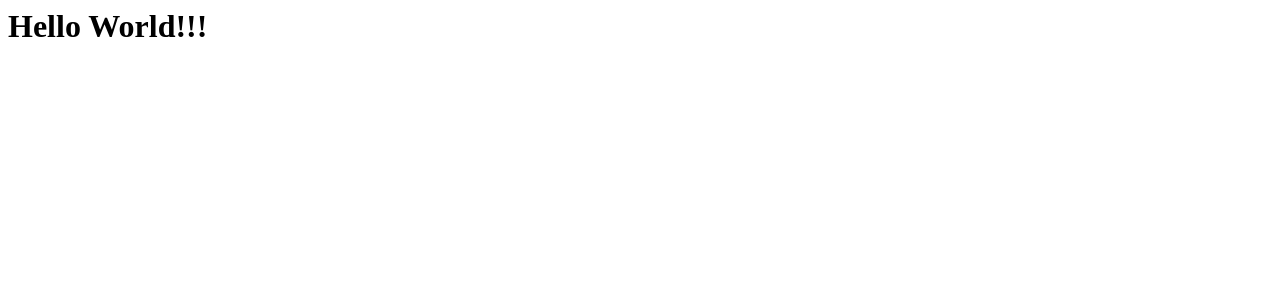
Repository: sachin3018/phase-2
Page: http://localhost/JSPServer/HelloWorld.jsp
The author's editor kept a copy of each file at every save. The page is drawn from the files as they stood at one save, then again after the next save.
The browser window is 1280 px wide. The pictures show the whole page.
The page is served by Tomcat 9. Other server files are loaded and not shown.

Above is the page before, as saved 2021-10-17 17:04:54.

### JSPServer/src/main/webapp/HelloWorld.jsp
<html>
<head>
<meta charset="ISO-8859-1">
<title>Insert title here</title>
</head>
<body>
<h1>Hello World!!!</h1>
</body>
</html>

After the next save:
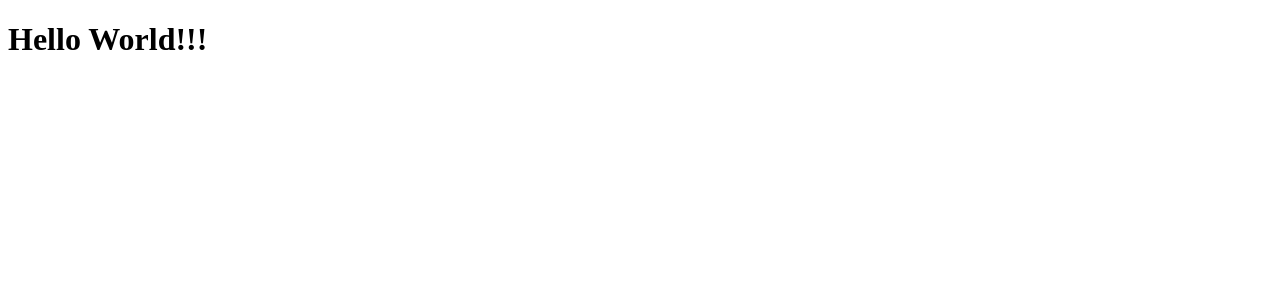
Saved 15 s later.
--- a/JSPServer/src/main/webapp/HelloWorld.jsp
+++ b/JSPServer/src/main/webapp/HelloWorld.jsp
@@ -1,9 +1,9 @@
+<!DOCTYPE html>
 <html>
 <head>
 <meta charset="ISO-8859-1">
 <title>Insert title here</title>
 </head>
-<body>
-<h1>Hello World!!!</h1>
+<body><h1>Hello World!!!</h1>
 </body>
 </html>
